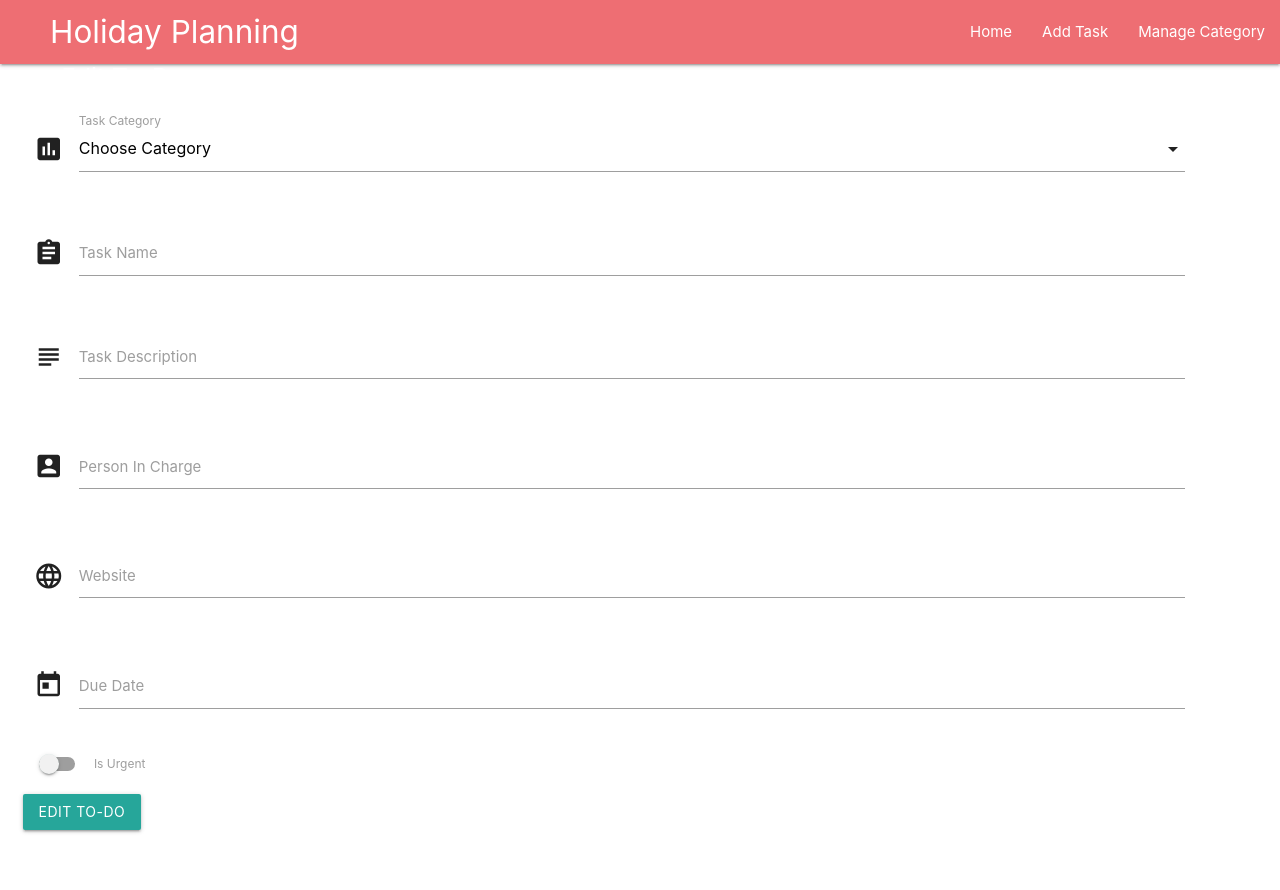
Repository: Code-Institute-Submissions/Project3-Holiday_Planning
Page: templates/editTask.html
The author's editor kept a record of every edit. The page is drawn from the files as they stood at one moment, then again after the next edit.
The browser window is 1280 px wide. The pictures show the whole page.
Some web libraries are served in a nearby version. The page is served by the project's application, run on Flask 3 (app.py). The template is opened directly, without the code that normally fills it, so the values that code supplies are empty.

Above is the page before.

After the next edit:
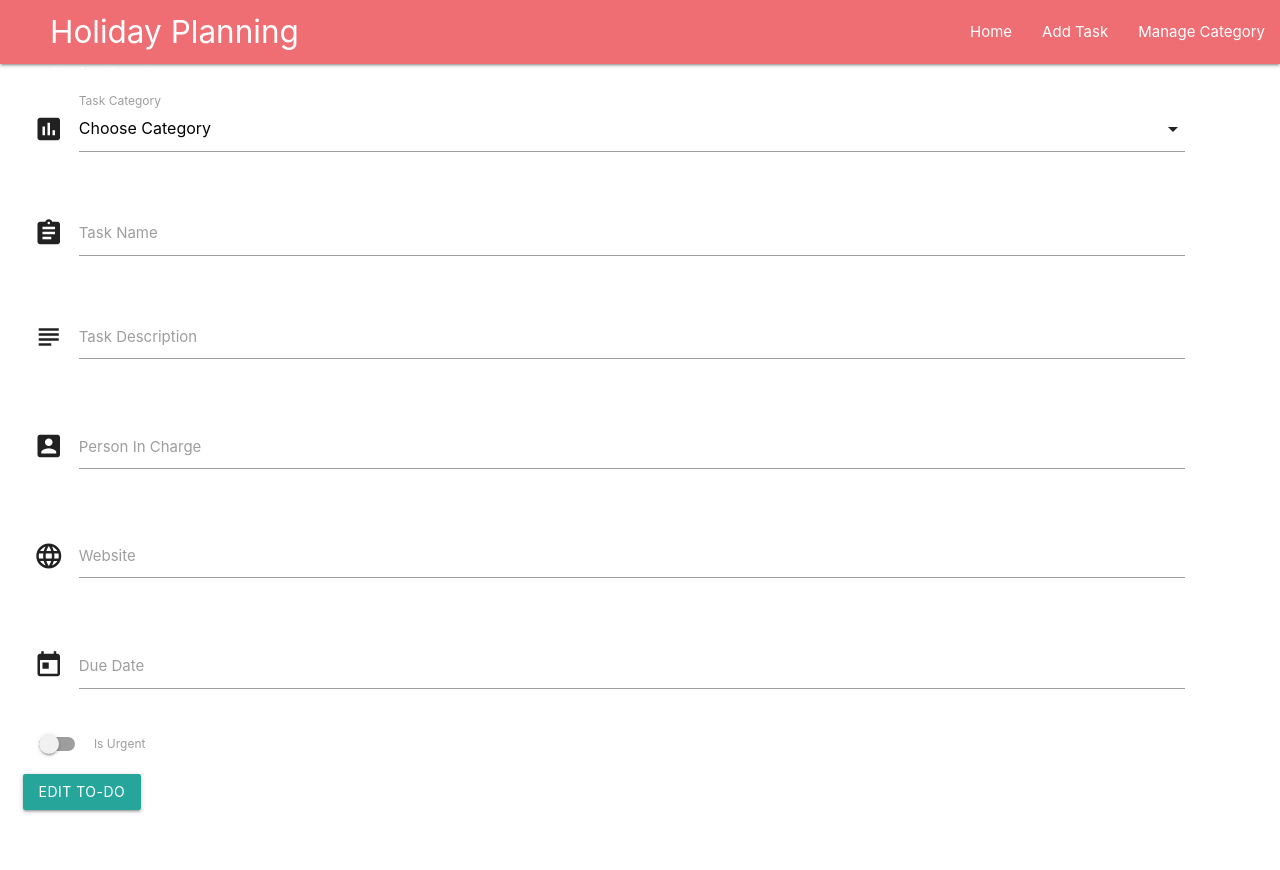
The edit:
--- a/templates/editTask.html
+++ b/templates/editTask.html
@@ -1,8 +1,8 @@
 {% extends 'layout.html'%} {% block content %}
 
 
-<div class='row'>
-    <div class='col'><h5>Edit To-Do</h5></div>
+<div class="edit_to_do">
+        <h5>Edit To-Do</h5></div>
 </div>
 
 
